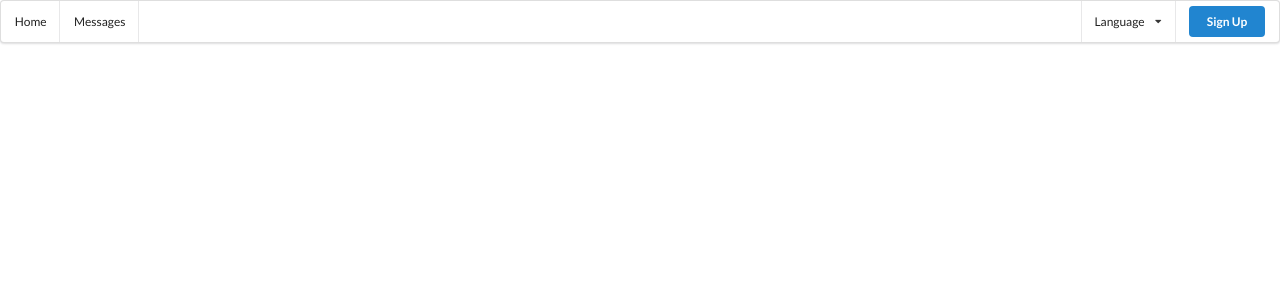
Repository: rizacantire/libraryReact
Page: /
The author's editor kept a copy of each file at every save. The page is drawn from the files as they stood at one save, then again after the next save.
The browser window is 1280 px wide. The pictures show the whole page.
The project was rebuilt for these pictures with package versions that can differ from the ones it lists, and the page was loaded fresh each time.

Above is the page before, as saved 2021-08-09 00:41:35.

### src/App.js
import './App.css';
import 'semantic-ui-css/semantic.min.css'
import Dashboard from './layouts/Dashboard';
function App() {
  return (
    <div className="App">
      <Dashboard/>


    </div>
  );
}

export default App;

### src/layouts/Dashboard.jsx
import React from 'react'
import Navi from './Navi'

export default function Dashboard() {
    return (
    <div>
      <Navi/>
    </div>
    )
}

### src/layouts/Navi.jsx
import React from "react";
import { Button, Dropdown, Menu } from 'semantic-ui-react'

export default function Navi() {
  return (
    <div>
      <Menu size="tiny">
        <Menu.Item
          name="home"
        />
        <Menu.Item
          name="messages"
        />

        <Menu.Menu position="right">
          <Dropdown item text="Language">
            <Dropdown.Menu>
              <Dropdown.Item>English</Dropdown.Item>
              <Dropdown.Item>Russian</Dropdown.Item>
              <Dropdown.Item>Spanish</Dropdown.Item>
            </Dropdown.Menu>
          </Dropdown>

          <Menu.Item>
            <Button primary>Sign Up</Button>
          </Menu.Item>
        </Menu.Menu>
      </Menu>
    </div>
  );
}

Loaded but not shown: public/index.html (common file); src/index.js (common file); src/index.css (common file); src/reportWebVitals.js (common file); src/App.css (common file)

After the next save:
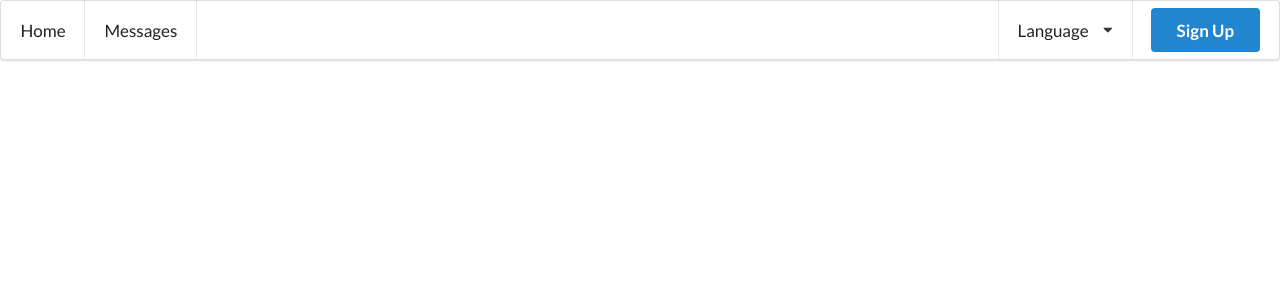
Saved 10 min 3 s later.
--- a/src/layouts/Navi.jsx
+++ b/src/layouts/Navi.jsx
@@ -4,7 +4,7 @@ import { Button, Dropdown, Menu } from 'semantic-ui-react'
 export default function Navi() {
   return (
     <div>
-      <Menu size="tiny">
+      <Menu size="huge">
         <Menu.Item
           name="home"
         />
